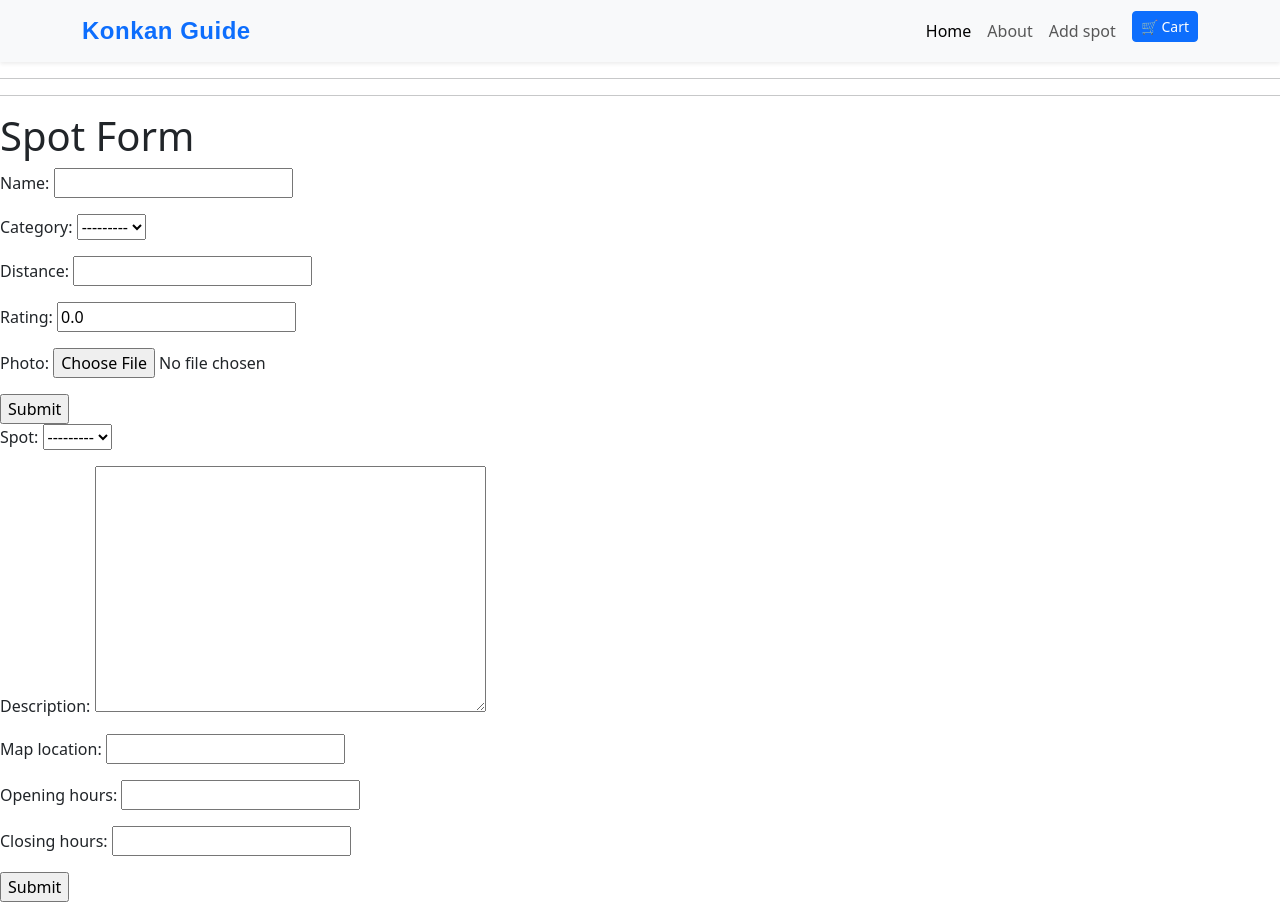
Repository: Indranil-sawant/konkan
Page: http://localhost/create-spot/
These files come from the project's save history. The page is drawn as it stood at one moment and after the next save; the edit follows.
The browser window is 1280 px wide. The pictures show the whole page.
The page is served by the project's application, run on Django 5.2 (manage.py). Other server files are loaded and not shown. Queries for data that is not in the repository find no rows.

Above is the page before, as saved 2025-11-14 23:50:10.

### food/templates/food/spot_form.html
{% extends "base.html" %}

{% block content %}

<h1>Spot Form</h1>

<form action="" method="POST">
    {% csrf_token %}
    {{ form.as_p }}
   <input type="submit">
</form>

<form action="" method="POST">
    {% csrf_token %}
    {{ info.as_p }}
   <input type="submit">
</form>
{% endblock content %}

### templates/base.html
<!doctype html>
<html lang="en">
<head>
    <meta charset="utf-8">
    <title>{% block title %}Konkan Guide{% endblock %}</title>
    <meta name="viewport" content="width=device-width, initial-scale=1">

    <!-- Bootstrap 5 -->
    <link href="https://cdn.jsdelivr.net/npm/bootstrap@5.3.2/dist/css/bootstrap.min.css" rel="stylesheet">
</head>
{% include "navbar.html" %}
<body>

    {% block content %}

    {% endblock %}

    <script src="https://cdn.jsdelivr.net/npm/bootstrap@5.3.2/dist/js/bootstrap.bundle.min.js"></script>
</body>
</html>

### templates/navbar.html
<link href="https://cdn.jsdelivr.net/npm/bootstrap@5.3.3/dist/css/bootstrap.min.css" rel="stylesheet">
<script src="https://cdn.jsdelivr.net/npm/bootstrap@5.3.3/dist/js/bootstrap.bundle.min.js"></script>


<!-- Navbar Start -->
<!-- Navbar Start -->
<nav class="navbar navbar-expand-lg navbar-light bg-light shadow-sm">
  <div class="container">
    <!-- Brand -->
    <a class="navbar-brand fw-bold text-primary" href="#">
      Konkan Guide
    </a>

    <!-- Mobile toggle -->
    <button class="navbar-toggler" type="button" data-bs-toggle="collapse" data-bs-target="#navbarNav"
      aria-controls="navbarNav" aria-expanded="false" aria-label="Toggle navigation">
      <span class="navbar-toggler-icon"></span>
    </button>

    <!-- Nav links -->
    <div class="collapse navbar-collapse justify-content-end" id="navbarNav">
      <ul class="navbar-nav mb-2 mb-lg-0">
        <li class="nav-item">
          <a class="nav-link active" href="{% url 'home' %}">Home</a>
        </li>
        <li class="nav-item">
          <a class="nav-link" href="{% url 'about' %}">About</a>
        </li>
        <li class="nav-item">
          <a class="nav-link" href="{% url 'create_spot' %}">Add spot</a>
        </li>

        <li class="nav-item">
          <a class="btn btn-primary btn-sm ms-2" href="#">🛒 Cart</a>
        </li>
      </ul>
    </div>
  </div>
</nav>
<!-- Navbar End -->

<!-- Navbar End -->
<hr>
<hr>

<style>
    .navbar-brand {
  font-family: 'Poppins', sans-serif;
  font-size: 1.5rem;
  letter-spacing: 0.5px;
}

.nav-link {
  font-weight: 500;
  transition: color 0.3s;
}

.nav-link:hover,
.nav-link.active {
  color: #000000ff;
}
</style>

### food/forms.py
from django.forms import ModelForm

from  . models import Spots , spot_info

class SpotForm(ModelForm):
    class Meta:
        model = Spots
        fields = "__all__"
class spot_infoForm(ModelForm):
    class Meta:
        model = spot_info
        fields = "__all__"

### food/models.py
import uuid
from django.db import models

# Create your models here.
class Category(models.Model):
    name = models.CharField(max_length=100)

    def __str__(self):
        return self.name

class Tag(models.Model):
    name = models.CharField(max_length=50)
    def __str__(self):
        return self.name

class Spots(models.Model):
    id = models.UUIDField(default=uuid.uuid4, primary_key=True, editable=False)
    name = models.CharField(max_length=100)
    category = models.ForeignKey(Category, on_delete=models.CASCADE)
    distance = models.IntegerField()
    rating = models.FloatField(default=0.0)
    photo = models.ImageField(upload_to='spots_photos/', null=True, blank=True)
    created_at = models.DateTimeField(auto_now_add=True)
    updated_at = models.DateTimeField(auto_now=True)

    def __str__(self):
        return self.name

class spot_info(models.Model):
    spot = models.OneToOneField(Spots, on_delete=models.CASCADE)
    description = models.TextField()
    map_location = models.URLField(blank=True, null=True)
    opening_hours = models.CharField(max_length=100)
    closing_hours = models.CharField(max_length=100)

    def __str__(self):
        return f"Info for {self.spot.name}"

### food/views.py

from django.shortcuts import render , redirect
from django.http import HttpResponse
from .data.spots import foods, spots

from  . models import Spots, Category, spot_info

from .forms import SpotForm , spot_infoForm
# Create your views here.




def home(request):
    spots = Spots.objects.all()
    spot_info_list = spot_info.objects.all()
    context = { 'spots': spots, 'spot_info': spot_info_list }
    return render(request, 'food/index.html', context)

def home2(request):
    spots1 = Spots.objects.all()
    return render(request, 'food/about.html', {"spots1":spots1})

def home3(request ,pk):
    spots3 = Spots.objects.get(id=pk)
    details = spots3.spot_info
    return render(request, 'food/details.html', {"spot3":spots3, "details": details})


def create_spot(request):
    form = SpotForm()
    if request.method == 'POST':
        form = SpotForm(request.POST)
        if form.is_valid():
            form.save()
        redirect('home')
    info = spot_infoForm()
    if request.method == 'POST':
        info = spot_infoForm(request.POST)
        if info.is_valid():
            info.save()
        redirect('home')
    context = {'form': form, 'info': info}
    return render(request, 'food/spot_form.html', context)

### konkan_guide/urls.py
"""
URL configuration for konkan_guide project.

The `urlpatterns` list routes URLs to views. For more information please see:
    https://docs.djangoproject.com/en/5.2/topics/http/urls/
Examples:
Function views
    1. Add an import:  from my_app import views
    2. Add a URL to urlpatterns:  path('', views.home, name='home')
Class-based views
    1. Add an import:  from other_app.views import Home
    2. Add a URL to urlpatterns:  path('', Home.as_view(), name='home')
Including another URLconf
    1. Import the include() function: from django.urls import include, path
    2. Add a URL to urlpatterns:  path('blog/', include('blog.urls'))
"""
from django.contrib import admin
from django.urls import path , include

urlpatterns = [
    path('admin/', admin.site.urls),
    path('', include('food.urls')),
]

### food/urls.py
from django.urls import path
from . import views
urlpatterns = [
    path('', views.home, name='home'),
    path('about/', views.home2, name='about'),
    path('details/<str:pk>/', views.home3, name='details'),
    path('create-spot/', views.create_spot, name='create_spot'),
]   # URL patterns for food app

### food/data/spots.py
foods = {
        "Seafood": [
            "Bangda Fry",
            "Pomfret Fry",
            "Prawns Sukka",
            "Bombil Fry",
        ],
        "Veg Dishes": [
            "Solkadhi",
            "Alu Vadi",
            "Konkani Dal",
        ],
        "Rice & Bread": [
            "Ghavan",
            "Amboli",
            "Varan Bhaat",
        ],
    }

spots = [
    {"id": 1, "name": "Ganpatipule Beach", "category": "Beaches", "distance": 25, "rate": "Free"},
    {"id": 2, "name": "Bhatye Beach", "category": "Beaches", "distance": 2, "rate": "Free"},
    {"id": 3, "name": "Aare Ware Beach", "category": "Beaches", "distance": 10, "rate": "Free"},

    {"id": 4, "name": "Ganpatipule Mandir", "category": "Temples", "distance": 25, "rate": "Free"},
    {"id": 5, "name": "Pawas Ashram", "category": "Temples", "distance": 18, "rate": "Free"},

    {"id": 6, "name": "Ratnadurg Fort", "category": "Historical", "distance": 3, "rate": "Free"},
]

After the next save:
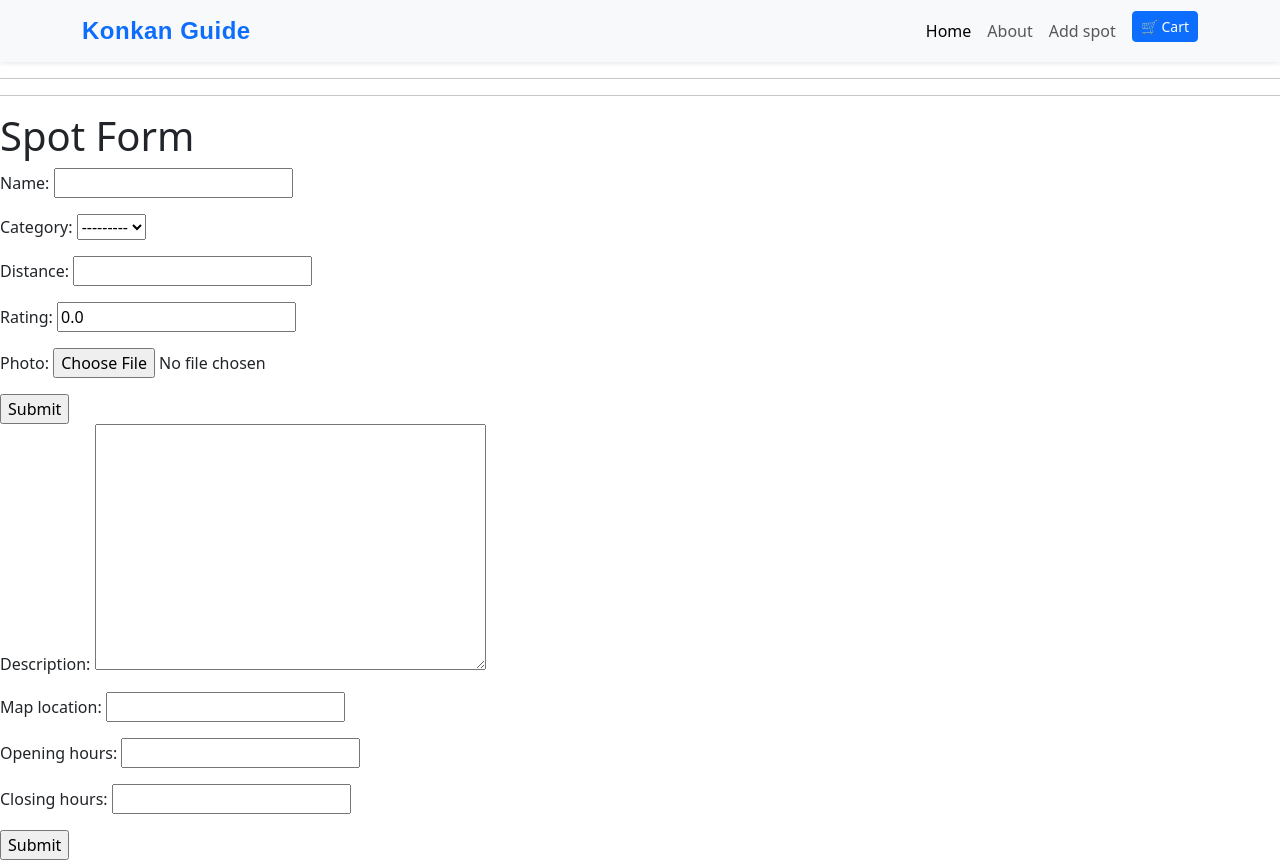
Saved 45 s later.
--- a/food/forms.py
+++ b/food/forms.py
@@ -9,4 +9,4 @@ class SpotForm(ModelForm):
 class spot_infoForm(ModelForm):
     class Meta:
         model = spot_info
-        fields = "__all__"
+        fields = ["description", "map_location", "opening_hours", "closing_hours"]
